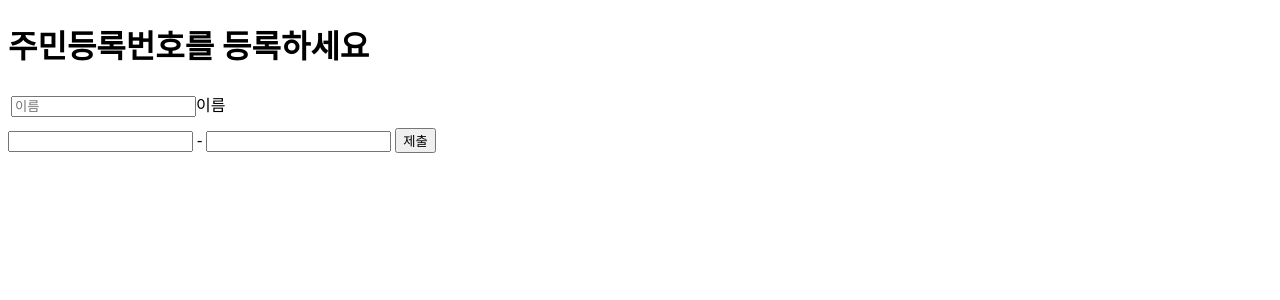
Repository: Jamikidu/newJsp
Page: http://localhost/jspProj/redirectExam/input.jsp
The author's editor kept a copy of each file at every save. The page is drawn from the files as they stood at one save, then again after the next save.
The browser window is 1280 px wide. The pictures show the whole page.
The page is served by Tomcat 9. Other server files are loaded and not shown.

Above is the page before, as saved 2023-08-02 11:19:15.

### jspProj/src/main/webapp/redirectExam/input.jsp
<%@ page language="java" contentType="text/html; charset=UTF-8"
    pageEncoding="UTF-8"%>
<!DOCTYPE html>
<html>
<head>
<meta charset="UTF-8">
<title>주민등록번호</title>
</head>
<body>
<h1>주민등록번호를 등록하세요</h1>
<form action="output.jsp" method="post">
<table>
	<tr>
		<td><input type="text" name="name" placeholder="이름">이름</td>
	</tr>
	<tr>
		<td></td>
		<td></td>
		<td></td>
	</tr>
	<tr>
		<td></td>
		<td></td>
		<td></td>
	</tr>
</table>


<input type="text" name="frontNum"> - <input type="text" name="backNum">
<button type="submit">제출</button>
</form>
</body>
</html>

After the next save:
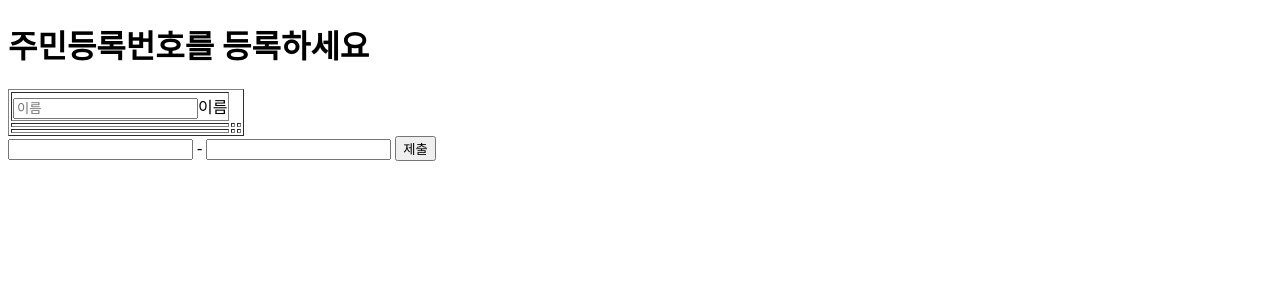
Saved 6 s later.
--- a/jspProj/src/main/webapp/redirectExam/input.jsp
+++ b/jspProj/src/main/webapp/redirectExam/input.jsp
@@ -9,7 +9,7 @@
 <body>
 <h1>주민등록번호를 등록하세요</h1>
 <form action="output.jsp" method="post">
-<table>
+<table border="">
 	<tr>
 		<td><input type="text" name="name" placeholder="이름">이름</td>
 	</tr>
